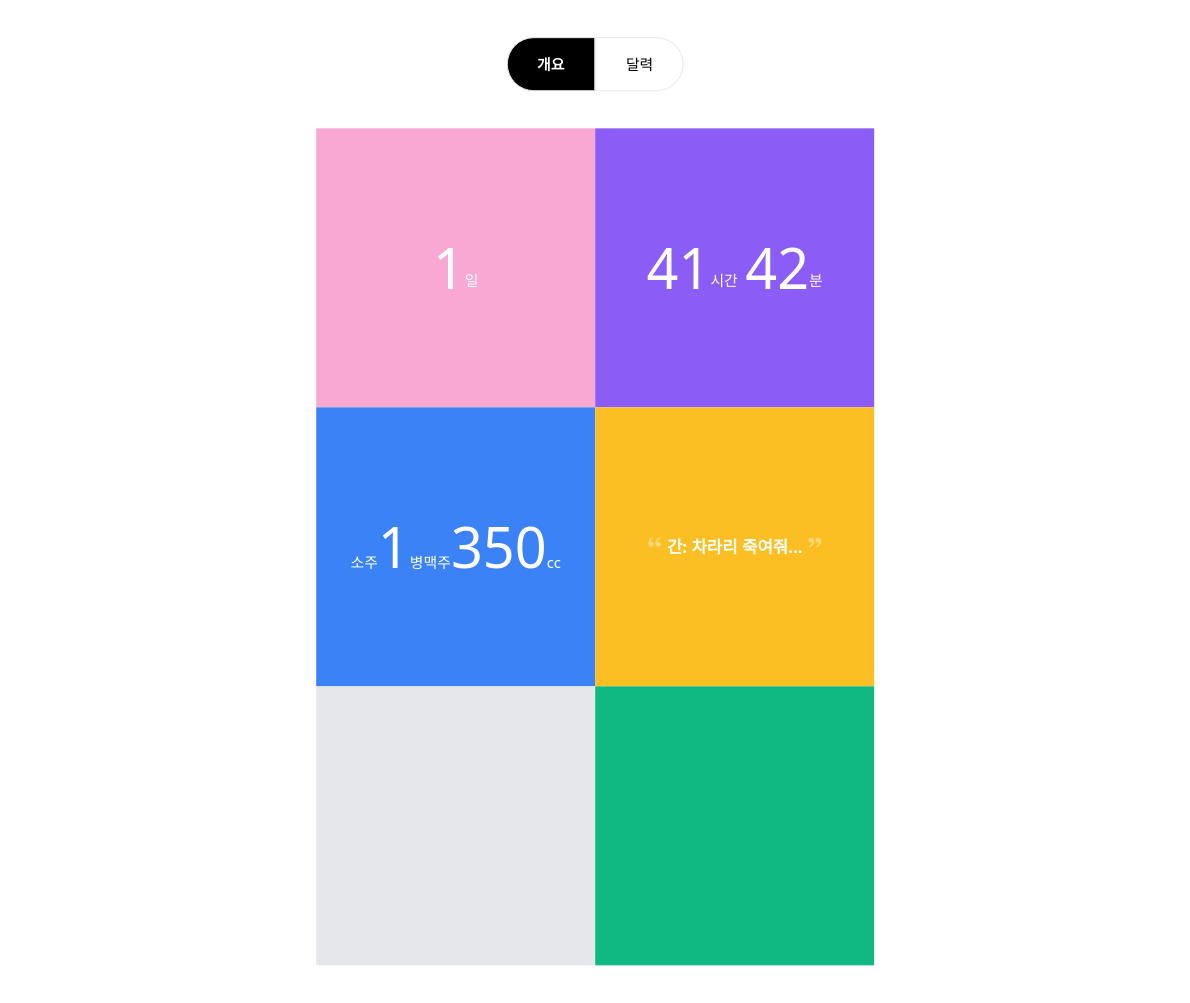
Repository: honey-punch/my-alcohol
Page: /
An editor plug-in stored every save of this project. The page is shown before and after a run of saves, followed by the edit.
The browser window is 1280 px wide. The pictures show the whole page, at 93% of full size.
The project was rebuilt for these pictures with package versions that can differ from the ones it lists, and the page was loaded fresh each time. The framework's server and built-in components were replaced by stand-ins that run in the browser. Also part of the build but not shown: next.config.ts, src/app/_component/Calendar.tsx.

Above is the page before, as saved 2025-02-10 16:21:54.

### src/app/page.tsx
"use client";

import { useState } from "react";
import Summary from "./_component/Summary";
import Calendar from "./_component/Calendar";

type ViewType = "summary" | "calendar";

export default function Home() {
  // useState
  const [viewType, setViewType] = useState<ViewType>("summary");

  // functions
  function handleChangeViewType() {
    if (viewType === "summary") {
      setViewType("calendar");
    } else {
      setViewType("summary");
    }
  }

  return (
    <div className="w-full flex flex-col items-center p-10 gap-10">
      <div onClick={handleChangeViewType} className="flex">
        <button
          className={`${
            viewType === "summary"
              ? "bg-black text-white font-black"
              : "hover:bg-black/20"
          } rounded-s-full border px-8 py-4 transition-colors`}
        >
          개요
        </button>
        <button
          className={`${
            viewType === "calendar"
              ? "bg-black text-white font-black"
              : "hover:bg-black/20"
          } rounded-e-full border px-8 py-4 transition-colors`}
        >
          달력
        </button>
      </div>
      {viewType === "summary" ? <Summary /> : <Calendar />}
    </div>
  );
}

### src/app/_component/Summary.tsx
import { RiDoubleQuotesL } from "react-icons/ri";
import { RiDoubleQuotesR } from "react-icons/ri";

const BOX_SIZE = 300;

export default function Summary() {
  const today = new Date();

  // TODO - DB에서 받아온 술마신 날들 중 가장 마지막 날
  const lastDay = new Date("2025-02-08T22:00:00");

  // 1, 2번 박스
  const diffMs = Math.abs(today.getTime() - lastDay.getTime());
  const diffDay = Math.floor(diffMs / (1000 * 60 * 60 * 24));
  const diffHour = Math.floor(diffMs / (1000 * 60 * 60));
  const diffMin = Math.floor((diffMs % (1000 * 60 * 60)) / (1000 * 60));
  const diffTime = { diffHour, diffMin };

  // 3번 박스
  // TODO - DB에서 받아와서 계산할 평균 용량
  const ex = {
    // 병단위
    soju: 1,
    // cc단위
    beer: 350,
  };

  // 4번 박스
  // TODO - DB에 저장해볼까
  const wiseSaying = [
    "내가 또 술을 마시면 개다.",
    "간한테 미안하지도 않냐?",
    "간: 차라리 죽여줘...",
    "술마시면 하루가 날라간다.",
    "안마셔도 생각보다 괜찮다.",
    "마시고 후회할꺼 왜마시냐?",
  ];
  const randomWiseSaying =
    wiseSaying[Math.floor(Math.random() * wiseSaying.length)];

  return (
    <div className="grid grid-cols-2">
      {/* 1번 박스 - 일수 */}
      <div
        style={{ width: `${BOX_SIZE}px`, height: BOX_SIZE }}
        className="bg-pink-300 text-white flex justify-center items-center"
      >
        <span className="text-6xl">{diffDay}</span>
        <span className="mt-7">일</span>
      </div>

      {/* 2번 박스 - 시간 */}
      <div
        style={{ width: `${BOX_SIZE}px`, height: BOX_SIZE }}
        className="bg-violet-500 text-white flex justify-center items-center"
      >
        <span className="text-6xl">{diffTime.diffHour}</span>
        <span className="mt-7 mr-2">시간</span>
        <span className="text-6xl">{diffTime.diffMin}</span>
        <span className="mt-7">분</span>
      </div>

      {/* 3번 박스 - 평균 주량 */}
      <div
        style={{ width: `${BOX_SIZE}px`, height: BOX_SIZE }}
        className="bg-blue-500 text-white flex justify-center items-center"
      >
        <div>
          <span>소주</span>
          <span className="text-6xl">{ex.soju}</span>
          <span className="mt-7">병</span>
        </div>
        <div>
          <span>맥주</span>
          <span className="text-6xl">{ex.beer}</span>
          <span className="mt-7">cc</span>
        </div>
      </div>

      {/* 4번 박스 - 명언(같은 개소리) */}
      <div
        style={{ width: `${BOX_SIZE}px`, height: BOX_SIZE }}
        className="bg-amber-400 text-white flex justify-center items-center text-3xl"
      >
        <div className="flex text-lg font-semibold gap-1">
          <RiDoubleQuotesL className="opacity-40" />
          {randomWiseSaying}
          <RiDoubleQuotesR className="opacity-40" />
        </div>
      </div>

      {/* 5번 박스 - 왜하냐(본인이 설정하는 동기부여) */}
      <div
        style={{ width: `${BOX_SIZE}px`, height: BOX_SIZE }}
        className="bg-gray-200 text-white flex justify-center items-center text-3xl"
      ></div>

      {/* 6번 박스 - 1번 박스 * 3번 박스 * 술값으로 얼마 아꼈는지 */}
      <div
        style={{ width: `${BOX_SIZE}px`, height: BOX_SIZE }}
        className="bg-emerald-500 text-white flex justify-center items-center text-3xl"
      ></div>
    </div>
  );
}

Loaded but not shown: src/app/layout.tsx (common file); src/app/globals.css (common file); tailwind.config.ts (common file)

After the next 2 saves:
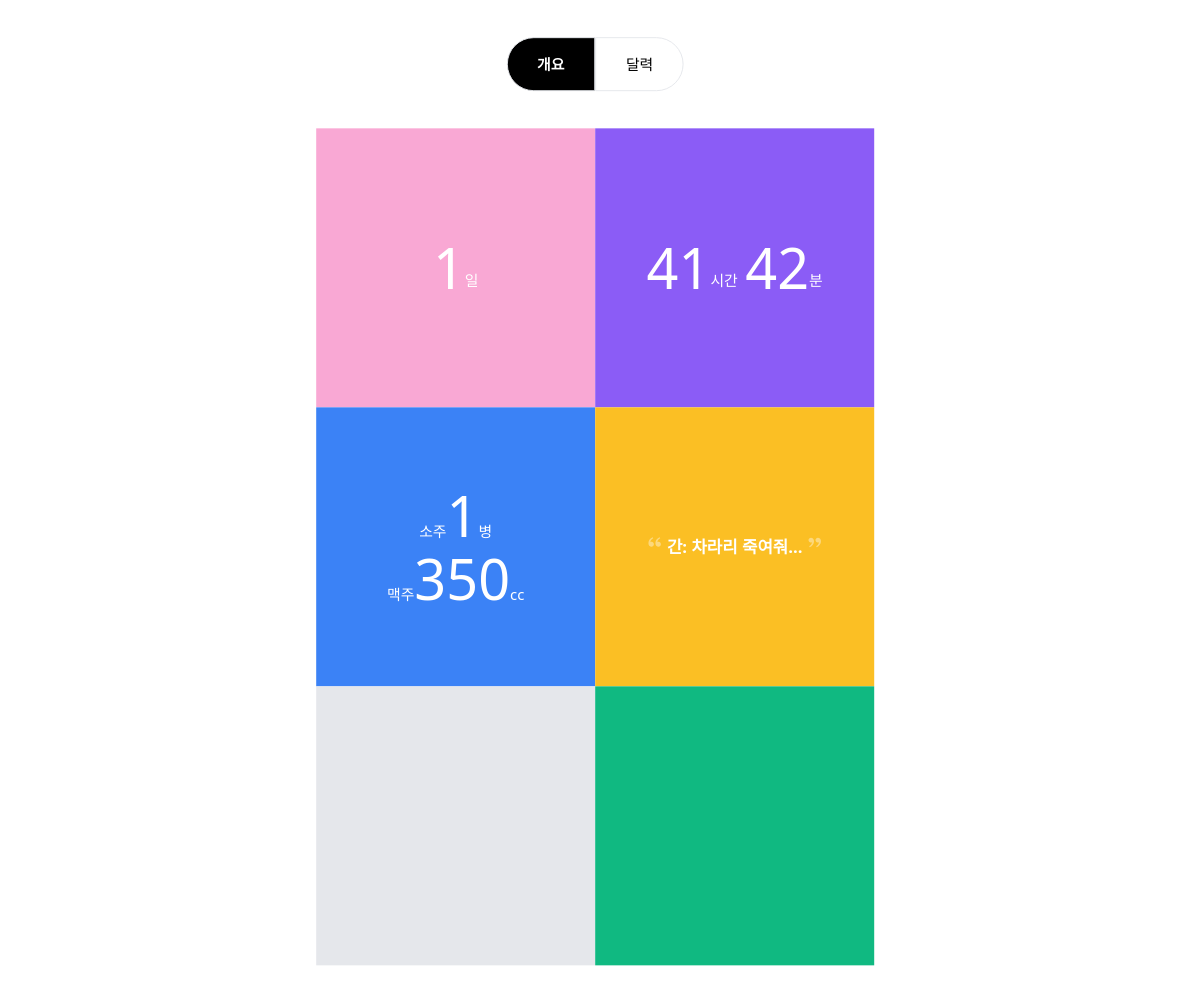
The 2 saves are shown as one change because they came seconds apart.
The last was saved 7 s later.
--- a/src/app/_component/Summary.tsx
+++ b/src/app/_component/Summary.tsx
@@ -63,7 +63,7 @@ export default function Summary() {
       {/* 3번 박스 - 평균 주량 */}
       <div
         style={{ width: `${BOX_SIZE}px`, height: BOX_SIZE }}
-        className="bg-blue-500 text-white flex justify-center items-center"
+        className="bg-blue-500 text-white flex justify-center items-center flex-col gap-2"
       >
         <div>
           <span>소주</span>
